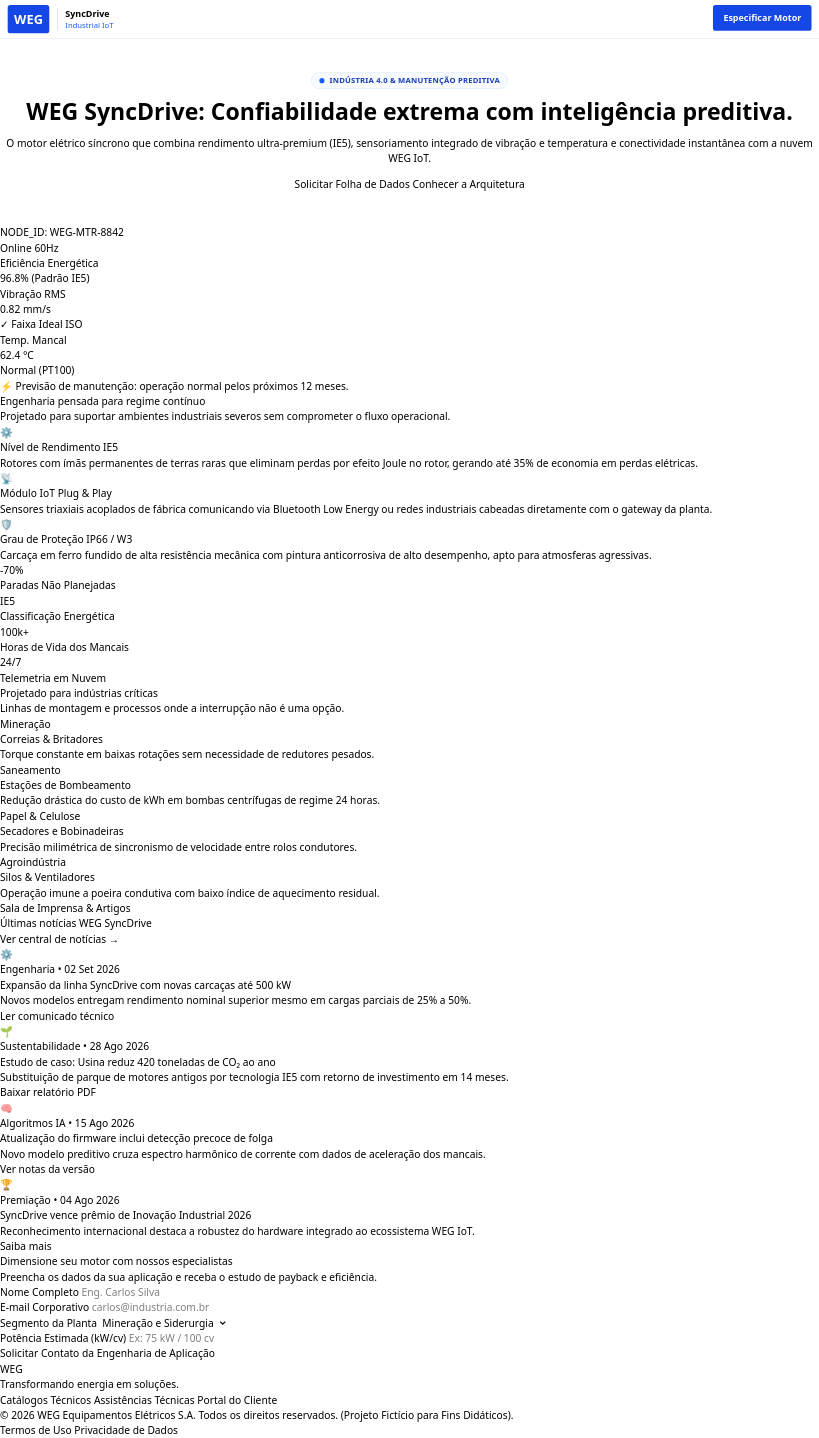
Repository: PatriciaHorst/tailwind-base
Page: index.html
An editor plug-in stored every save of this project. The page is shown before and after the next save, followed by the edit.
The browser window is 1280 px wide. The pictures show the whole page, at 64% of full size.

Above is the page before, as saved 2026-09-08 20:00:49.

After the next save:
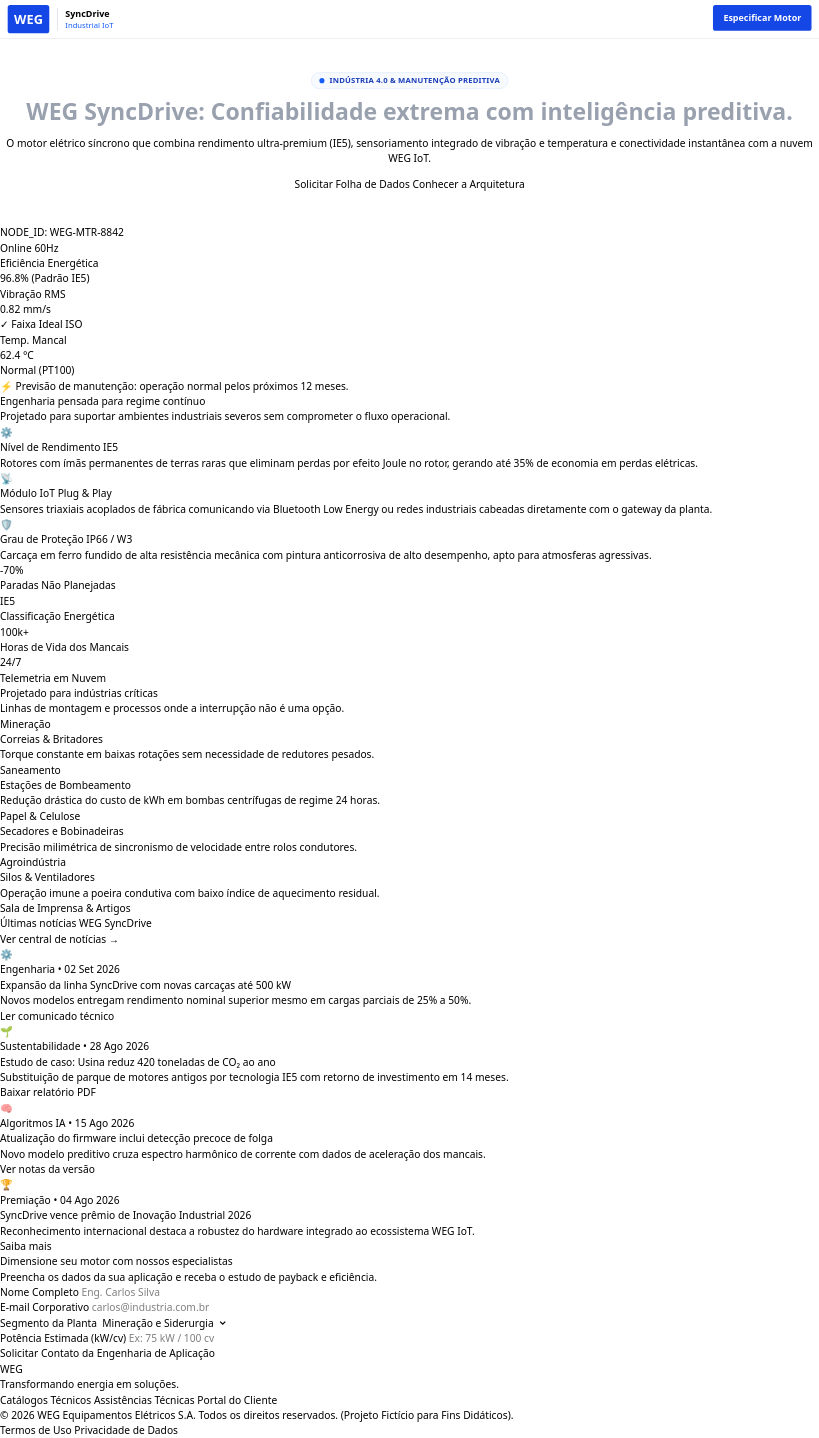
Saved 6 s later.
--- a/index.html
+++ b/index.html
@@ -60,7 +60,7 @@
               <span class="h-2 w-2 rounded-full bg-blue-600"></span>
               <span>INDÚSTRIA 4.0 & MANUTENÇÃO PREDITIVA</span>
             </div>
-            <h1 class="flex flex-col text-center text-4xl font-black px-1 gap-2 text-grey-400">WEG SyncDrive: Confiabilidade extrema com inteligência preditiva.</h1>
+            <h1 class="flex flex-col text-center text-4xl font-black px-1 gap-2 text-gray-400">WEG SyncDrive: Confiabilidade extrema com inteligência preditiva.</h1>
             <p class=" mx-0.5 text-center">
               O motor elétrico síncrono que combina rendimento ultra-premium (IE5), sensoriamento integrado de vibração e temperatura e conectividade instantânea com a nuvem WEG IoT.
             </p>
